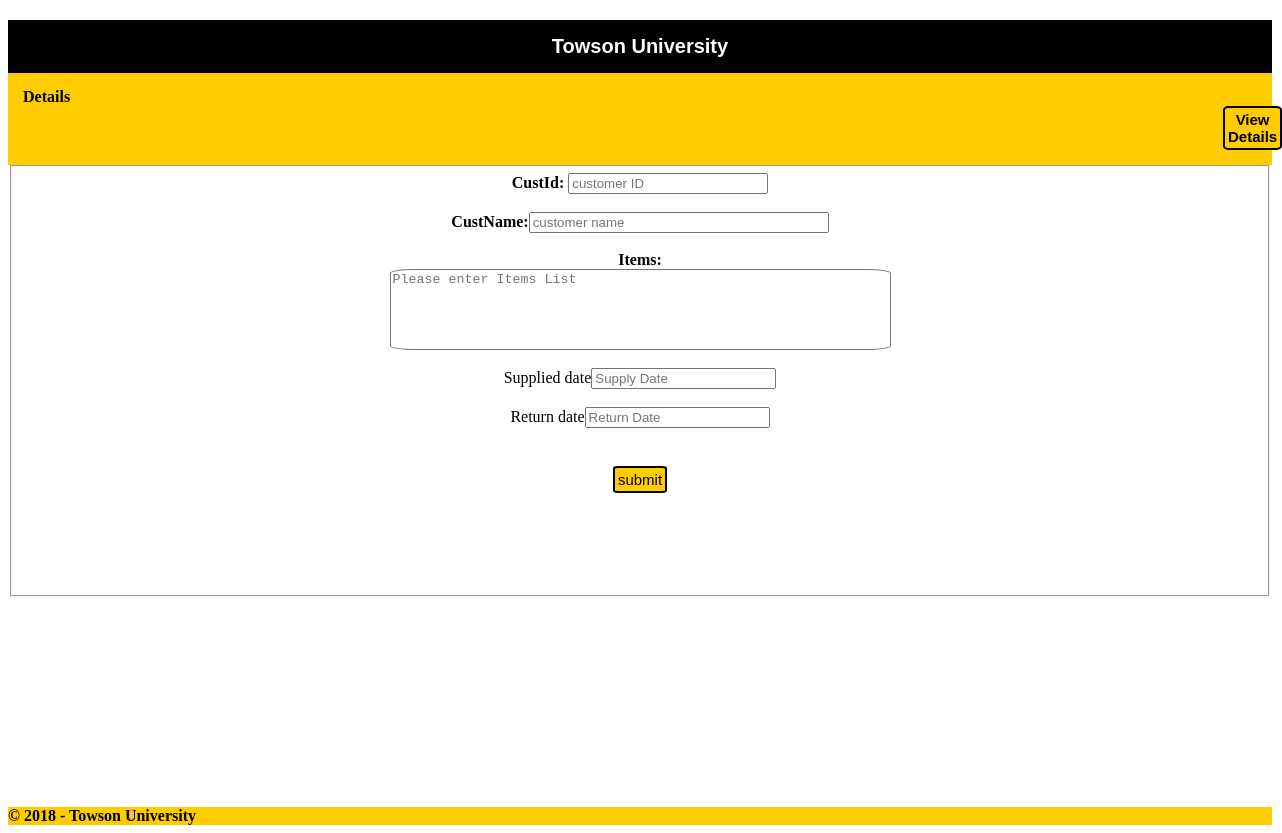
Repository: DatabaseCOSC578/eclipse-workspace11
Page: http://localhost/Supervisor/Supervisor.jsp
An editor plug-in stored every save of this project. The page is shown before and after the next save, followed by the edit.
The browser window is 1280 px wide. The page is 1282 px wide, so the pictures cover 1282 px, including what lies to the right of the window. The pictures show the whole page.
The page is served by Tomcat 9.

Above is the page before, as saved 2018-04-15 22:34:59.

After the next save:
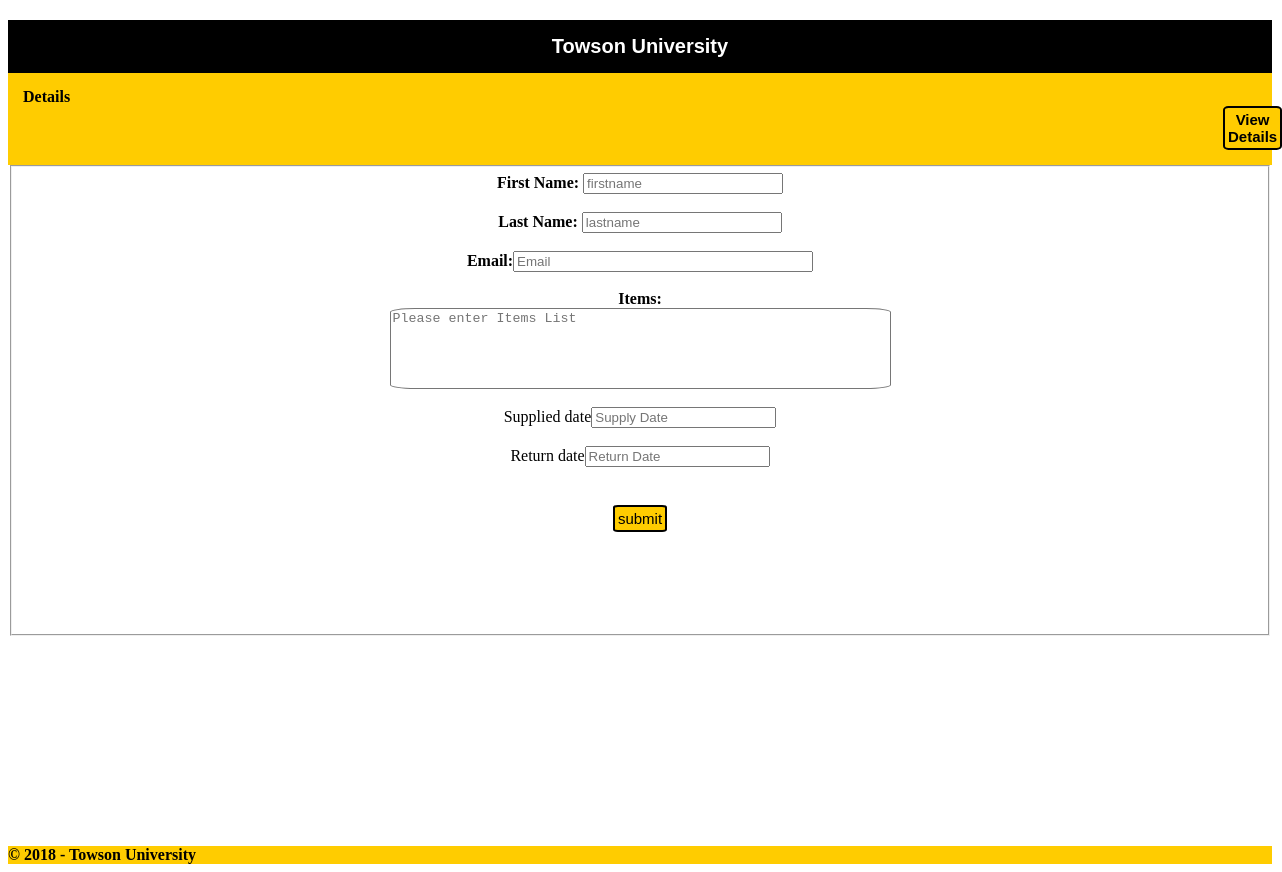
Saved 10 min 44 s later.
--- a/Supervisor/WebContent/Supervisor.jsp
+++ b/Supervisor/WebContent/Supervisor.jsp
@@ -14,8 +14,9 @@
 </div>
 <fieldset>
 <center>
-<b>CustId:</b> <input type=text style="width: 200px;" name="custid " placeholder="customer ID"><br><br>
-<b>CustName:</b><input type=text style="width: 300px; align:center;" name="custname" placeholder="customer name "><br><br>
+<b>First Name:</b> <input type=text style="width: 200px;" name="fname " placeholder="firstname"><br><br>
+<b>Last Name:</b> <input type=text style="width: 200px;" name="lname " placeholder="lastname"><br><br>
+<b>Email:</b><input type=text style="width: 300px; align:center;" name="email" placeholder="Email "><br><br>
 <b>Items:</b></br>
 <textarea rows="5" cols="60"  maxlength="260" name="items" placeholder="Please enter Items List">
 </textarea> <br><br>
